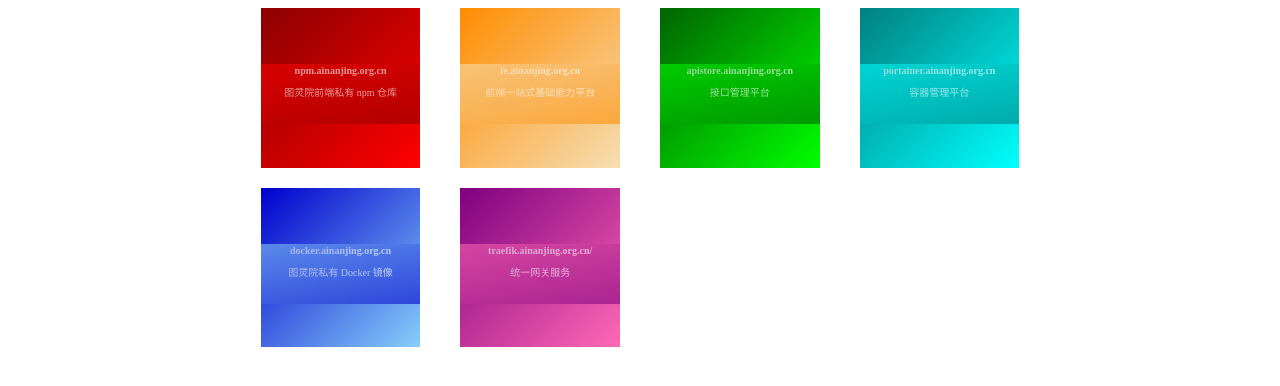
Repository: heweiwei1/portainer
Page: index.html
An editor plug-in stored every save of this project. The page is shown before and after the next save, followed by the edit.
The browser window is 1280 px wide. The pictures show the whole page.

Above is the page before, as saved 2021-04-13 18:16:50.

After the next save:
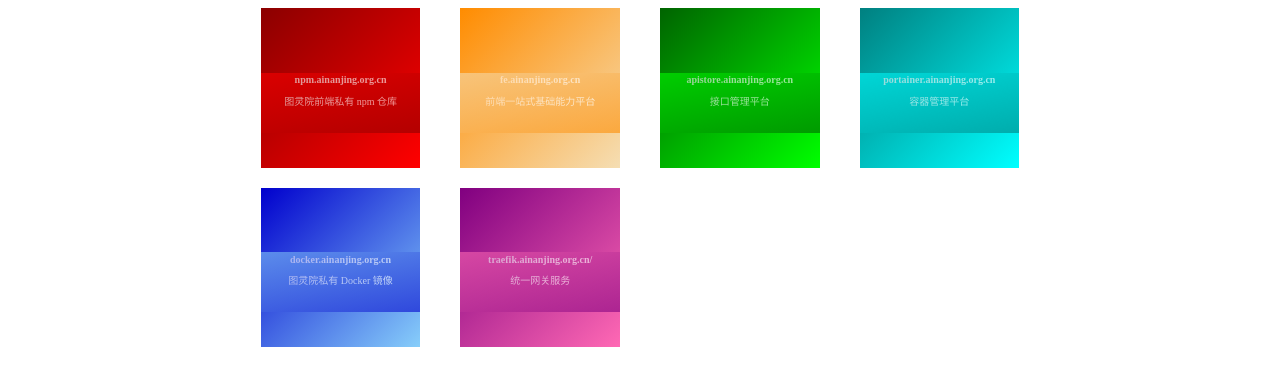
Saved 76 s later.
--- a/index.css
+++ b/index.css
@@ -24,7 +24,7 @@ a {
 }
 .trans {
   position:absolute;
-  top: 56px;
+  top: 64.8px;
   width: 119.59px;
   padding: 30px 20px;
   display: flex;
